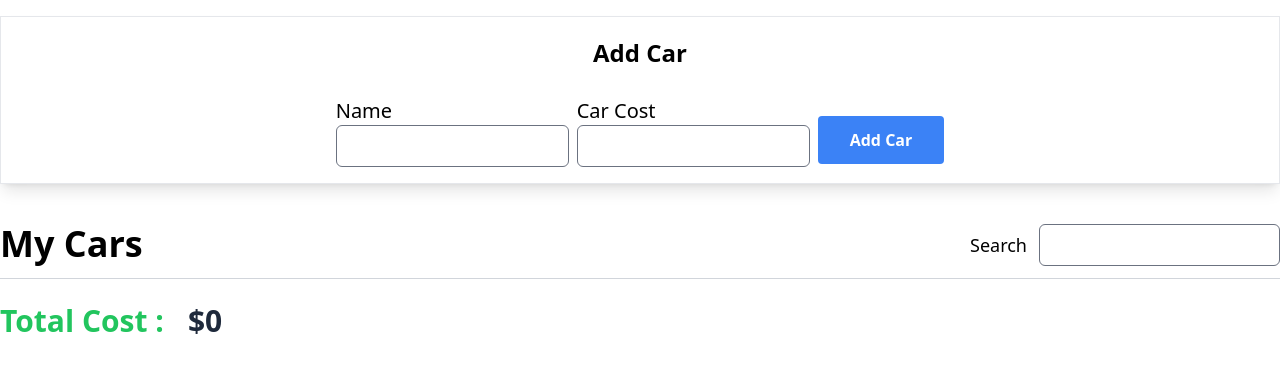
Repository: Marhamat92/carsappreduxtoolkit
Page: /
These files come from the project's save history. The page is drawn as it stood at one moment and after the next save; the edit follows.
The browser window is 1280 px wide. The pictures show the whole page.
The project was rebuilt for these pictures with package versions that can differ from the ones it lists, and the page was loaded fresh each time.

Above is the page before, as saved 2023-01-24 00:55:37.

After the next save:
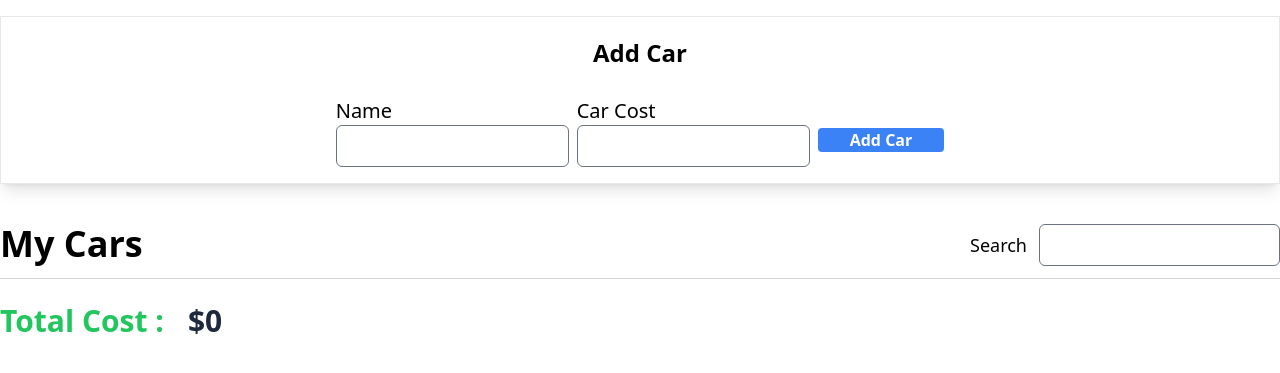
Saved 33 s later.
--- a/src/components/CarForm.js
+++ b/src/components/CarForm.js
@@ -54,7 +54,7 @@
               ' value={cost || ''} onChange={handleCostChange} type='number' name='price' id='price' />
             </div>
             <div>
-              <button className='bg-blue-500 hover:bg-blue-700 text-white font-bold py-3  px-8 rounded mt-4' type='submit'>Add Car</button>
+              <button className='bg-blue-500 hover:bg-blue-700 text-white font-bold   px-8 rounded mt-4' type='submit'>Add Car</button>
             </div>
           </div>
 

After the save that followed:
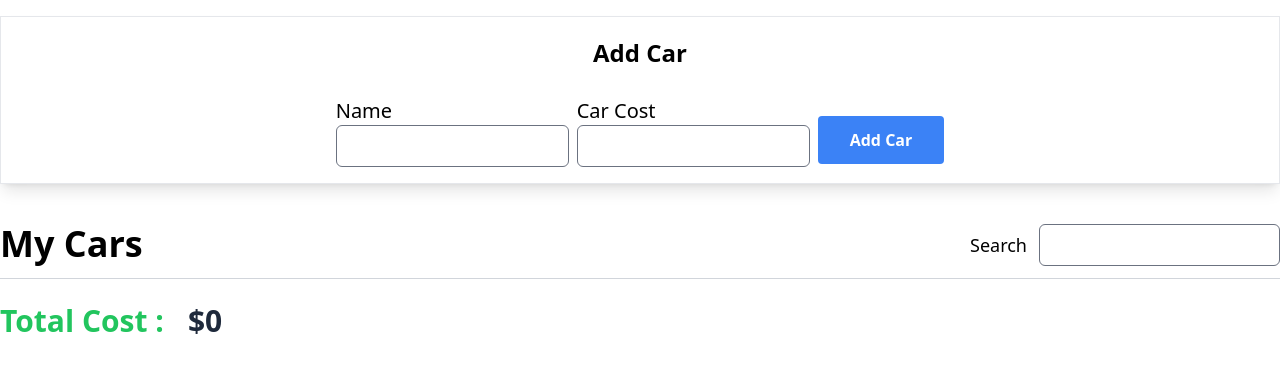
Saved 20 s later.
--- a/src/components/CarForm.js
+++ b/src/components/CarForm.js
@@ -40,7 +40,7 @@
       <h1 className='font-bold text-2xl py-1' >Add Car</h1>
       <div className='mt-6'>
         <form onSubmit={handleSubmit} className=''>
-          <div className='flex flex-row space-x-2 items-center'>
+          <div className='flex flex-row space-x-2 items-center justify-center'>
             <div className='flex flex-col'>
               <label className='text-xl' htmlFor='make'>Name</label>
               <input className=' border border-gray-500 rounded-md py-2
@@ -54,7 +54,7 @@
               ' value={cost || ''} onChange={handleCostChange} type='number' name='price' id='price' />
             </div>
             <div>
-              <button className='bg-blue-500 hover:bg-blue-700 text-white font-bold   px-8 rounded mt-4' type='submit'>Add Car</button>
+              <button className='bg-blue-500 hover:bg-blue-700 text-white font-bold py-3  px-8 rounded mt-4' type='submit'>Add Car</button>
             </div>
           </div>
 
